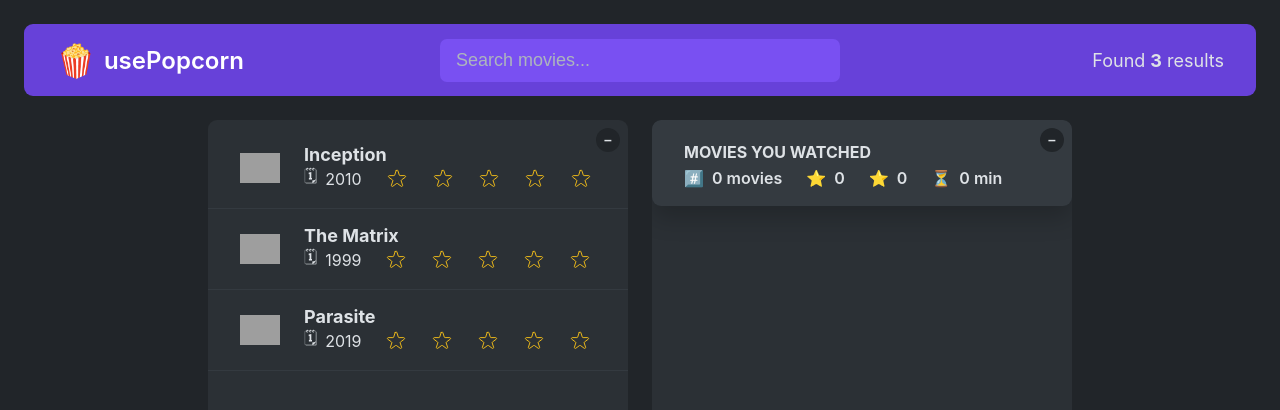
Repository: pmcalmeida/usepopcorn
Page: /
The author's editor kept a copy of each file at every save. The page is drawn from the files as they stood at one save, then again after a run of saves.
The browser window is 1280 px wide. The pictures show the whole page.
Pictures or frames that could not be fetched are drawn as grey boxes. The project was rebuilt for these pictures with package versions that can differ from the ones it lists, and the page was loaded fresh each time.

Above is the page before, as saved 2024-07-02 14:36:38.

### src/App.js
import { Fragment, useEffect, useState, useRef } from "react";
import Header from "./header";
import Main from "./main";
import MovieList from "./movie-list";
import { WatchedList, Summary }  from "./watched-list";
import Search from "./search";
import Box from "./box";
import Rating from "./rating";


const tempMovieData = [
  {
    imdbID: "tt1375666",
    Title: "Inception",
    Year: "2010",
    Poster:
      "https://m.media-amazon.com/images/M/MV5BMjAxMzY3NjcxNF5BMl5BanBnXkFtZTcwNTI5OTM0Mw@@._V1_SX300.jpg",
  },
  {
    imdbID: "tt0133093",
    Title: "The Matrix",
    Year: "1999",
    Poster:
      "https://m.media-amazon.com/images/M/MV5BNzQzOTk3OTAtNDQ0Zi00ZTVkLWI0MTEtMDllZjNkYzNjNTc4L2ltYWdlXkEyXkFqcGdeQXVyNjU0OTQ0OTY@._V1_SX300.jpg",
  },
  {
    imdbID: "tt6751668",
    Title: "Parasite",
    Year: "2019",
    Poster:
      "https://m.media-amazon.com/images/M/MV5BYWZjMjk3ZTItODQ2ZC00NTY5LWE0ZDYtZTI3MjcwN2Q5NTVkXkEyXkFqcGdeQXVyODk4OTc3MTY@._V1_SX300.jpg",
  },
];

function NumResults({ results }) {
  return (
      <p className="num-results">
          Found <strong>{results}</strong> results
      </p>
  )
}

const ApiUrl = 'https://www.omdbapi.com/?apikey=7392b8d6&';

function Loader() {
  return <p className="loader">Loading...</p>
}

function ErrorMessage({ message }) {
  return <p className="error">{message}</p>
}

function MovieDetails({ selectedId,  onCloseMovie, onAddWatched, watched }) {
  const [movie, setMovie] = useState({});
  const [isLoading, setIsLoading] = useState(false);
  const [userRating, setUserRating] = useState(0);
  const titleRef = useRef(document.title);

  const watchedIds = watched.map((watchedMovie) => watchedMovie.imdbId);
  const isWatched = watchedIds.includes(selectedId);
  const watchedUserRating = watched.find((watchedMovie) => watchedMovie.imdbId === selectedId)?.userRating;

  const {
    Title: title,
    Year: year,
    Poster: poster,
    Runtime: runtime,
    imdbRating: rating,
    Released: released,
    Actors: actors,
    Director: director,
    Genre: genre,
    Plot: plot,
  } = movie;

  function handleAdd() {
    const newWatchedMovie = {
      imdbId: selectedId,
      title,
      year,
      poster,
      imdbRating: Number(rating),
      userRating: Number(userRating),
      runtime: Number(runtime.split(" ")[0])
    };
    onAddWatched(newWatchedMovie);
    onCloseMovie();
  }

  useEffect(() => {
    async function getMovieDetails() {
      setIsLoading(true);
      const res = await fetch(`${ApiUrl}i=${selectedId}`);
      if (!res.ok) {
        throw new Error('Something went wrong!');
      }

      const data = await res.json();
      setMovie(data);
      setIsLoading(false);
    };

    getMovieDetails();
  }, [selectedId]);


  useEffect(() => {
    const originalTitle = titleRef.current;
    title && (document.title = `Movie ${title}`);

    return () => {
      document.title = originalTitle;
    }
  }, [title]);

  useEffect(() => {
    const onKeyDown = function(e) {
      if(e.code === 'Escape') {
        onCloseMovie();
      }
    };

    document.addEventListener('keydown', onKeyDown);

    return () => {
      document.removeEventListener(onKeyDown);
    }
  }, [onCloseMovie]);

  return (
    <div className="details">
     { isLoading ? <Loader /> : (
      <>
      <header>
        <button className="btn-back" onClick={onCloseMovie}>&larr;</button>
        <img src={poster} alt={`Poster of ${movie}`} />
        <div className="details-overview">
          <h2>{title}</h2>
          <p>
            {released} &bull; {runtime}
          </p>
          <p>{genre}</p>
          <p>
            <span></span>
            {rating} IMDb rating
          </p>
        </div>
      </header>
      <section>
        <div className="rating">
          {
            !isWatched ? (
              <>
                <Rating maxRating={10} size={24} defaultRating={Math.floor(rating)} onSetRating={setUserRating}/>
                { userRating > 0 && (
                  <button className="btn-add" onClick={handleAdd}>Add to watch list</button>
                )}
              </>
            ) : <p>You rated movie with {watchedUserRating}</p>
          }
        </div>
        <p>
          <em>{plot}</em>
        </p>
        <p>Starring {actors}</p>
        <p>Directed by {director}</p>
      </section>
      </>
    )}
    </div>
  );
}

export default function App() {
  const [movies, setMovies] = useState(tempMovieData);
  const [watched, setWatched] = useState([]);
  const [isLoading, setIsLoading] = useState(false);
  const [error, setError] = useState("");
  const [query, setQuery] = useState("");
  const [selectedId, setSelectedId] = useState(null);

  const handleSelectMovie = (id) => {
    setSelectedId((selectedId) => (id === selectedId ? null : id));
  }

  const handleCloseMovie = () => {
    setSelectedId(null);
  }

  const handleAddWatched = (movie) => {
    setWatched((watched) => ([...watched, movie]));
  }

  const handleDeleteWatched = (id) => {
    setWatched((watched) => watched.filter(movie => movie.imdbId !== id));
  }

  useEffect(() => {
    if (query) {
      const controller = new AbortController();

      const fetchMovies = async () => {
        try {
          setIsLoading(true)
          const res = await fetch(`${ApiUrl}s=${query}`, { signal: controller.signal });

          if (!res.ok) {
            throw new Error('Something went wrong!');
          }

          const data = await res.json();
          if (Array.isArray(data.Search) && data.Search.length > 0) {
            setMovies(data.Search);
          } else {
            throw new Error('Movie not found!');
          }
        } catch(err) {
          if (err.name !== "AbortError") {
            console.log(err.message);
            setError(err.message);
          }
        } finally {
          setIsLoading(false);
        }
      }

      if (query.length < 3) {
        setMovies([]);
        setError('');
        return;
      }

      fetchMovies();

      return () => {
        controller.abort();
      }
    }
  }, [setMovies, setIsLoading, query]);

  return (
    <>
      <Header numMovies={movies.length}>
        <Search query={query} setQuery={setQuery} />
        <NumResults results={movies.length} />
      </Header>
      <Main>
        <Box>
          { isLoading && <Loader /> }
          { !isLoading && !error && <MovieList movies={movies} onSelectedMovie={handleSelectMovie} /> }
          { error && <ErrorMessage message={error} /> }
        </Box>
        <Box>
          {
              selectedId ? <MovieDetails
                selectedId={selectedId}
                onCloseMovie={handleCloseMovie}
                onAddWatched={handleAddWatched}
                watched={watched}
                /> :
              <>
                <Summary watched={watched}/>
                <WatchedList watched={watched} onDeleteWatched={handleDeleteWatched}/>
              </>
            }
        </Box>
      </Main>
    </>
  );
}

### src/header.js
import Logo from "./logo";

export default function Header({ children }) {
    return (
        <nav className="nav-bar">
        <Logo />{children}
    </nav>
    )
}

### src/main.js
export default function Main({ children }) {
    return (
        <main className="main">{ children }</main>
    );
}

### src/movie-list.js
import Rating from "./rating"

function Movie({ movie, onSelectedMovie }) {
    return (
        <li key={movie.imdbID} onClick={() => onSelectedMovie(movie.imdbID)}>
            <img src={movie.Poster} alt={`${movie.Title} poster`} />
            <h3>{movie.Title}</h3>
            <div>
            <p>
                <span>🗓</span>
                <span>{movie.Year}</span>
            </p>
            <Rating maxRating={5} size={22}/>
            </div>
        </li>
    )
}

export default function MovieList({ movies, onSelectedMovie }) {
    return (
        <ul className="list list-movies">
        {movies?.map((movie) => (<Movie key={movie.imdbID} movie={movie} onSelectedMovie={onSelectedMovie}/>))}
        </ul>
    )
}

### src/watched-list.js
import Star from "./star";

const average = (arr) =>
  arr.reduce((acc, cur, i, arr) => acc + cur / arr.length, 0);

export function Summary({ watched }) {
    const avgImdbRating = average(watched.map((movie) => movie.imdbRating));
    const avgUserRating = average(watched.map((movie) => movie.userRating));
    const avgRuntime = average(watched.map((movie) => movie.runtime));

    return (
        <div className="summary">
            <h2>Movies you watched</h2>
            <div>
            <p>
                <span>#️⃣</span>
                <span>{watched.length} movies</span>
            </p>
            <Star rating={avgImdbRating}/>
            <Star rating={avgUserRating}/>
            <p>
                <span>⏳</span>
                <span>{avgRuntime} min</span>
            </p>
            </div>
        </div>
    )
}

function WatchedMovie({ movie, onDeleteWatched }) {
    return (
        <li key={movie.imdbID}>
            <img src={movie.poster} alt={`${movie.title} poster`} />
            <h3>{movie.title}</h3>
            <div>
            <Star rating={movie.imdbRating}/>
            <Star rating={movie.userRating}/>
            <p>
                <span>⏳</span>
                <span>{movie.runtime} min</span>
            </p>
            </div>
            <button className="btn-delete" onClick={() => onDeleteWatched(movie.imdbId) }>X</button>
        </li>
    );
}

export function WatchedList({ watched, onDeleteWatched }) {
    return (
        <ul className="list">
            {watched.map((movie) => (
                <WatchedMovie key={movie.imdbId} movie={movie} onDeleteWatched={onDeleteWatched}/>
            ))}
        </ul>
    )
};

### src/search.js
export default function Search({ query, setQuery }) {
    return (
        <input
            className="search"
            type="text"
            placeholder="Search movies..."
            value={query}
            onChange={(e) => setQuery(e.target.value)}
        />
    )
}

### src/box.js
import { useState } from "react";

export default function Box({ children }) {
    const [isOpen, setIsOpen] = useState(true);

    return (
        <div className="box">
            <button
                className="btn-toggle"
                onClick={() => setIsOpen((open) => !open)}
            >
                {isOpen ? "–" : "+"}
            </button>
            {isOpen && children}
        </div>
    )

}

### src/rating.js
import { useState } from "react";

function Star({
    onClick,
    full,
    onTempRating,
    rating,
    color,
    size
}) {
    const starStyle = {
        width: `${size}px`,
        height: `${size}px`,
        display: 'block',
        cursor: 'pointer',
    }

    return (
        <span style={starStyle} role="button"
            onClick={onClick}
            onMouseEnter={() => onTempRating(rating)}
            onMouseLeave={() => onTempRating(0)}
        >
            {
                full ? (
                    <svg
                        xmlns="http://www.w3.org/2000/svg"
                        viewBox="0 0 20 20"
                        fill={color}
                        stroke={color}
                        >
                        <path
                            d="M9.049 2.927c.3-.921 1.603-.921 1.902 0l1.07 3.292a1 1 0 00.95.69h3.462c.969 0 1.371 1.24.588 1.81l-2.8 2.034a1 1 0 00-.364 1.118l1.07 3.292c.3.921-.755 1.688-1.54 1.118l-2.8-2.034a1 1 0 00-1.175 0l-2.8 2.034c-.784.57-1.838-.197-1.539-1.118l1.07-3.292a1 1 0 00-.364-1.118L2.98 8.72c-.783-.57-.38-1.81.588-1.81h3.461a1 1 0 00.951-.69l1.07-3.292z"
                        />
                    </svg>
                ) : (
                    <svg
                        xmlns="http://www.w3.org/2000/svg"
                        fill="none"
                        viewBox="0 0 24 24"
                        stroke={color}
                        >
                        <path
                            strokeLinecap="round"
                            strokeLinejoin="round"
                            strokeWidth="{2}"
                            d="M11.049 2.927c.3-.921 1.603-.921 1.902 0l1.519 4.674a1 1 0 00.95.69h4.915c.969 0 1.371 1.24.588 1.81l-3.976 2.888a1 1 0 00-.363 1.118l1.518 4.674c.3.922-.755 1.688-1.538 1.118l-3.976-2.888a1 1 0 00-1.176 0l-3.976 2.888c-.783.57-1.838-.197-1.538-1.118l1.518-4.674a1 1 0 00-.363-1.118l-3.976-2.888c-.784-.57-.38-1.81.588-1.81h4.914a1 1 0 00.951-.69l1.519-4.674z"
                        />
                </svg>
                )
            }
        </span>
    )
}

const containerStyle = {
    display: 'flex',
    alignItems: 'center',
    gap: '16px'
};

const starContainerStyle = {
    display: 'flex',
};

export default function Rating({ maxRating = 5, color = '#fcc419', size = 42, messages = [], defaultRating = 0, onSetRating }) {
    const [rating, setRating] = useState(defaultRating);
    const [tempRating, setTemprating] = useState(0);

    const textStyle = {
        lineHeight: '1',
        margin: '0',
        color,
        fontSize: `${size - 4}px`
    };

    function handleRating(i) {
        setRating(i+1);
        onSetRating(i+1);
    }

    const currentRating = tempRating || rating;

    return (
        <div style={containerStyle}>
            <div style={starContainerStyle}>
                {Array.from({ length: maxRating }, (_, i) =>
                    <Star key={i}
                        onClick={() => handleRating(i)}
                        full={(tempRating || rating) >= i + 1}
                        onTempRating={setTemprating}
                        rating={i+1}
                        color={color}
                        size={size}
                    />
                )}
            </div>
            <p style={textStyle}>{
                messages.length === maxRating ? messages[currentRating - 1] : currentRating || ''
            }</p>
        </div>
    )
}

### src/logo.js
export default function Logo() {
    return (
    <div className="logo">
        <span role="img">🍿</span>
        <h1>usePopcorn</h1>
    </div>
    )
}

### src/star.js
export default function Star({ rating }) {
    return (
        <p>
            <span>⭐️</span>
            <span>{rating}</span>
        </p>
    )
}

Loaded but not shown: public/index.html (common file); src/index.js (common file); src/index.css (common file)

After the next 2 saves:
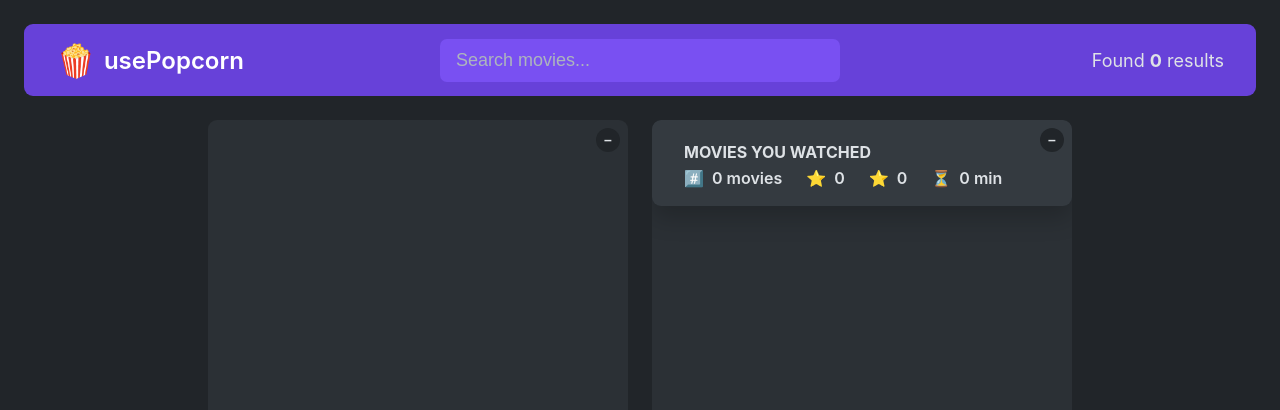
The 2 saves are shown as one change because 1 did not build or start.
The last was saved 13 min 4 s later.
--- a/src/App.js
+++ b/src/App.js
@@ -172,7 +172,7 @@ function MovieDetails({ selectedId,  onCloseMovie, onAddWatched, watched }) {
 }
 
 export default function App() {
-  const [movies, setMovies] = useState(tempMovieData);
+  const [movies, setMovies] = useState([]);
   const [watched, setWatched] = useState([]);
   const [isLoading, setIsLoading] = useState(false);
   const [error, setError] = useState("");
